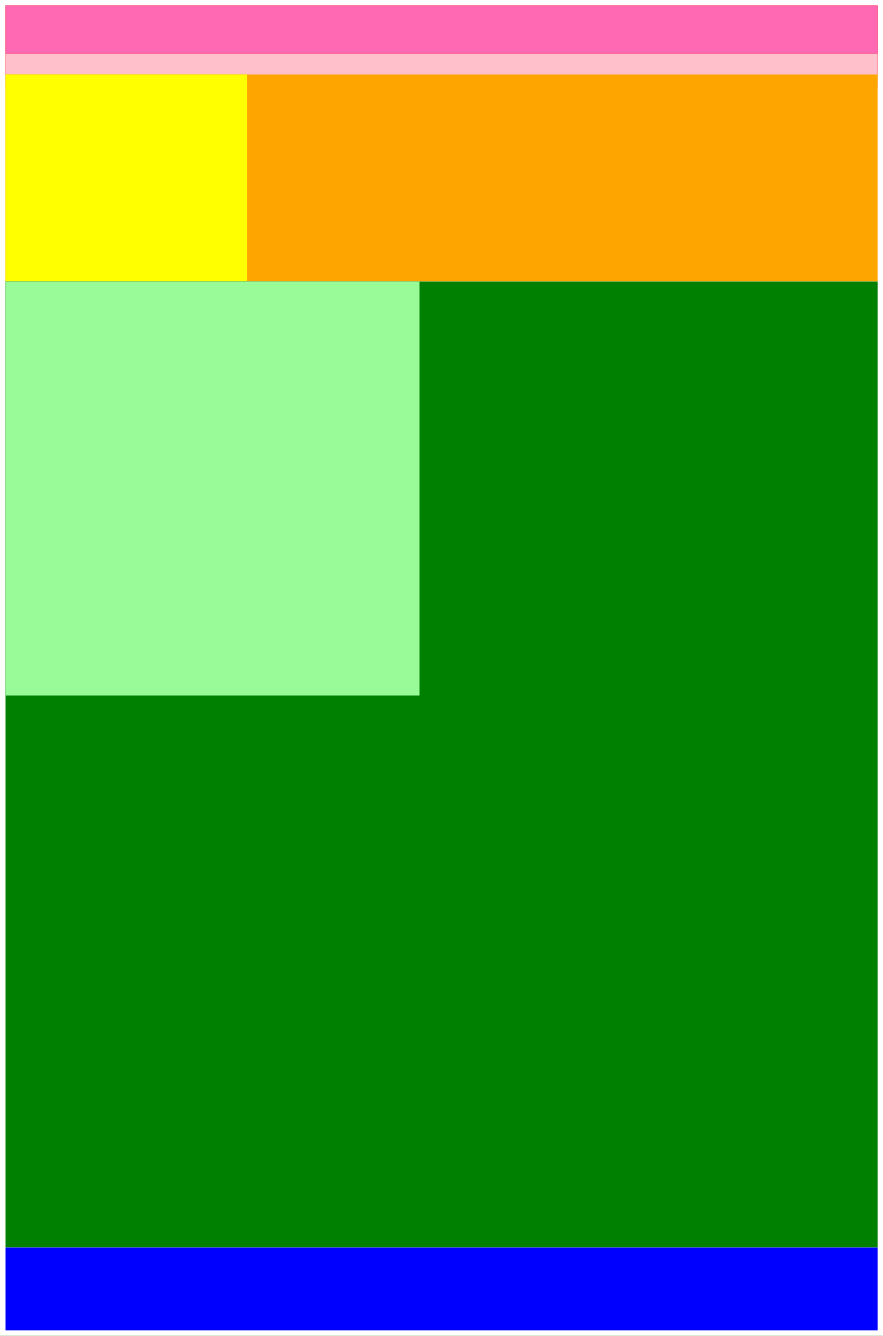
Repository: Souax/prac_20231021
Page: caravan/index.html
The author's editor kept a record of every edit. The page is drawn from the files as they stood at one moment, then again after the next edit.
The browser window is 1280 px wide. The pictures show the whole page, at 69% of full size.

Above is the page before.

After the next edit:
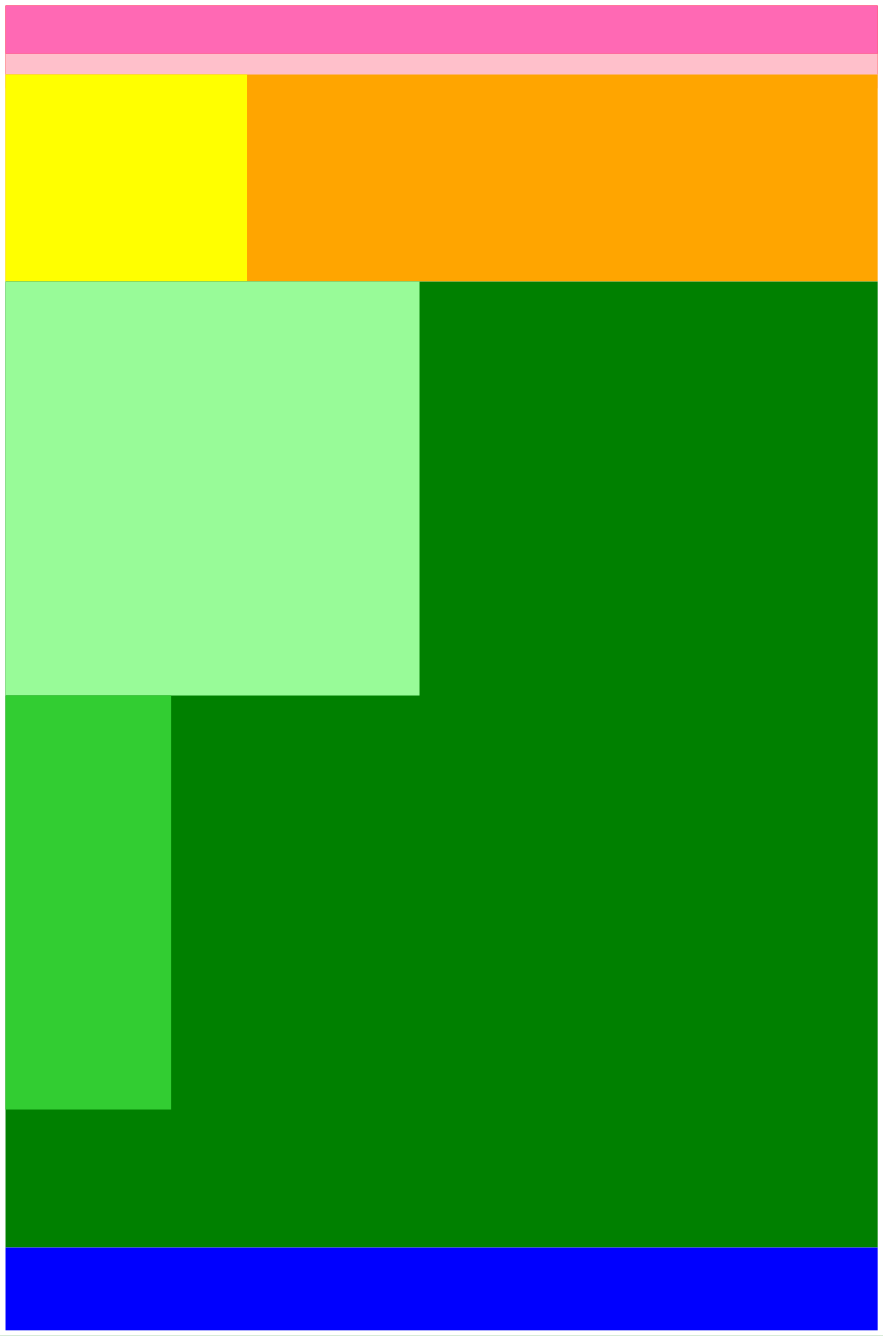
The edit:
--- a/caravan/style.css
+++ b/caravan/style.css
@@ -45,7 +45,7 @@
   background-color:palegreen;
 }
 
-.sidebar{
+.saidebar{
   width:240px;
   height:600px;
   background-color:limegreen;
